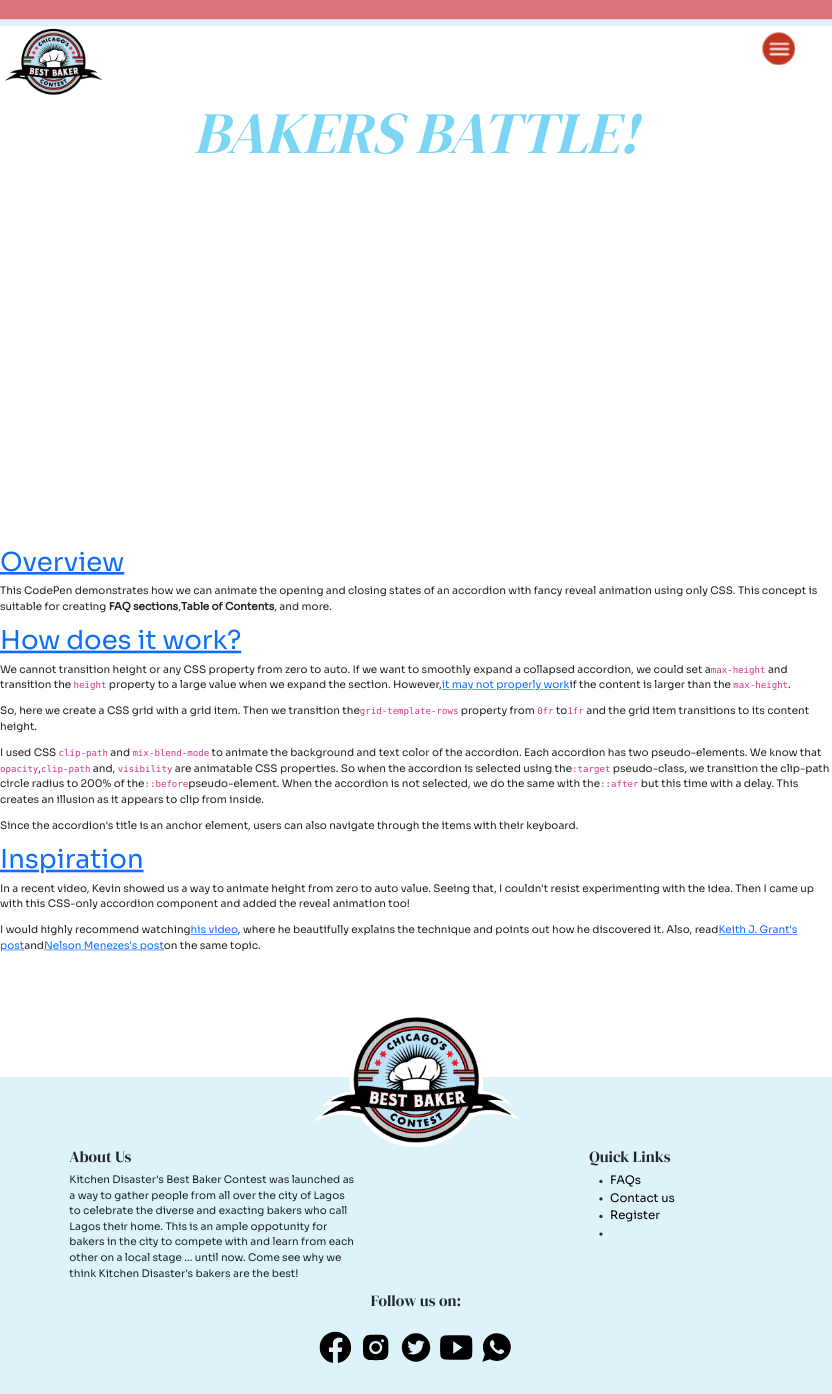
Repository: sarahnnanyelugo/bakers-battle
Page: /faq
An editor plug-in stored every save of this project. The page is shown before and after the next save, followed by the edit.
The browser window is 1280 px wide. The pictures show the whole page, at 65% of full size.
The project was rebuilt for these pictures with package versions that can differ from the ones it lists, and the page was loaded fresh each time. Also part of the build but not shown: src/components/ScreenSlide/slide.scss, src/components/ScreenSlide/ScreenSlide.js, src/pages/Home/home.scss, src/pages/Home/Home.js.

Above is the page before, as saved 2024-07-09 22:15:16.

After the next save:
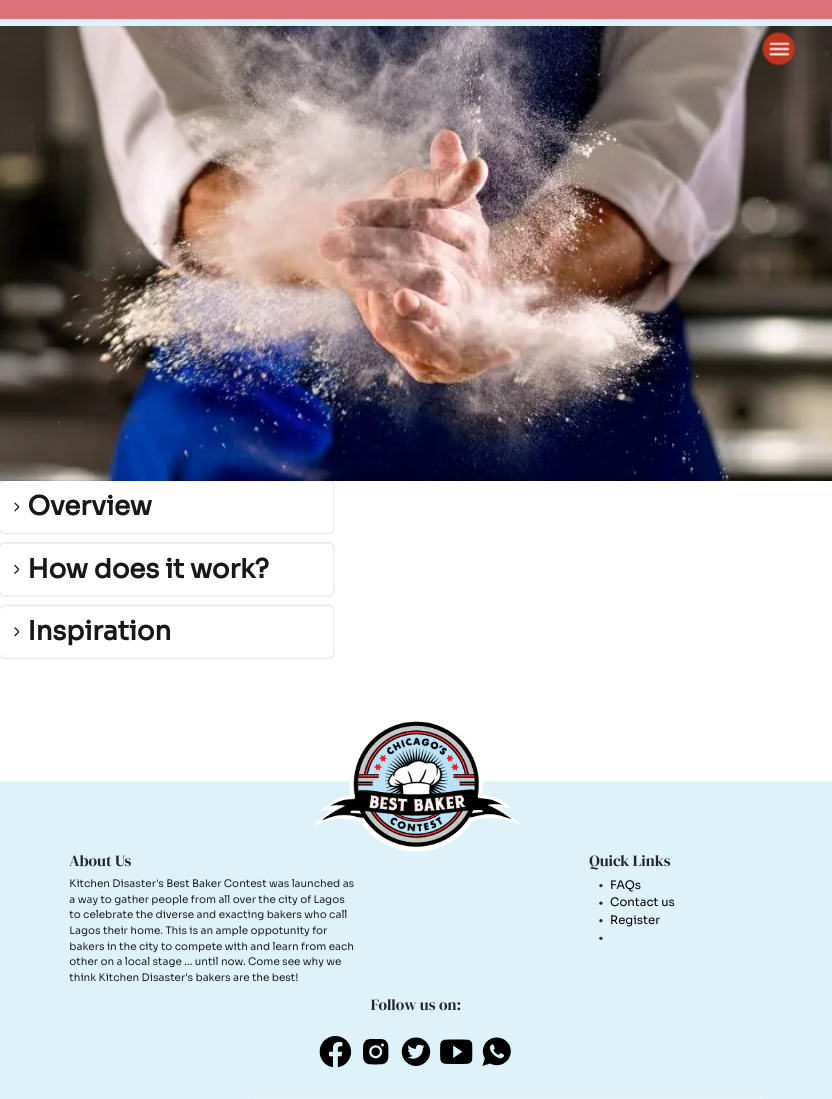
Saved 9 s later.
--- a/src/pages/FAQ/faq.scss
+++ b/src/pages/FAQ/faq.scss
@@ -1,4 +1,4 @@
-.faq-div {
+.faq-container {
   .faq-div {
     height: 700px;
     //   background: url("../../assets/images/landing.webp");
